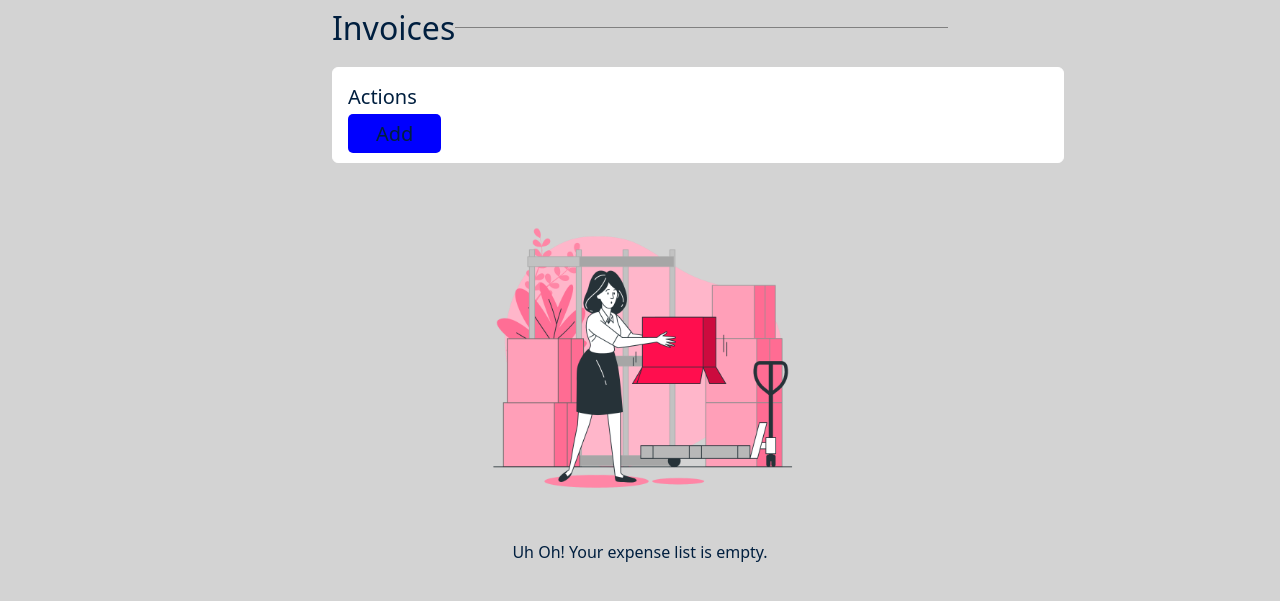
Repository: om1ars/task3
Page: /
An editor plug-in stored every save of this project. The page is shown before and after the next save, followed by the edit.
The browser window is 1280 px wide. The pictures show the whole page.
Some web libraries are served in a nearby version. The project was rebuilt for these pictures with package versions that can differ from the ones it lists, and the page was loaded fresh each time. Also part of the build but not shown: src/components/footer/footer.css, src/components/footer/index.js, src/constants/add-expense.js, src/components/add-form/add-form.css, src/components/add-form/success-modal.css, src/components/add-form/success-modal.js, src/components/add-form/index.js, src/pages/add-expense/add-expense.css and 3 more.

Above is the page before, as saved 2021-12-18 15:21:56.

After the next save:
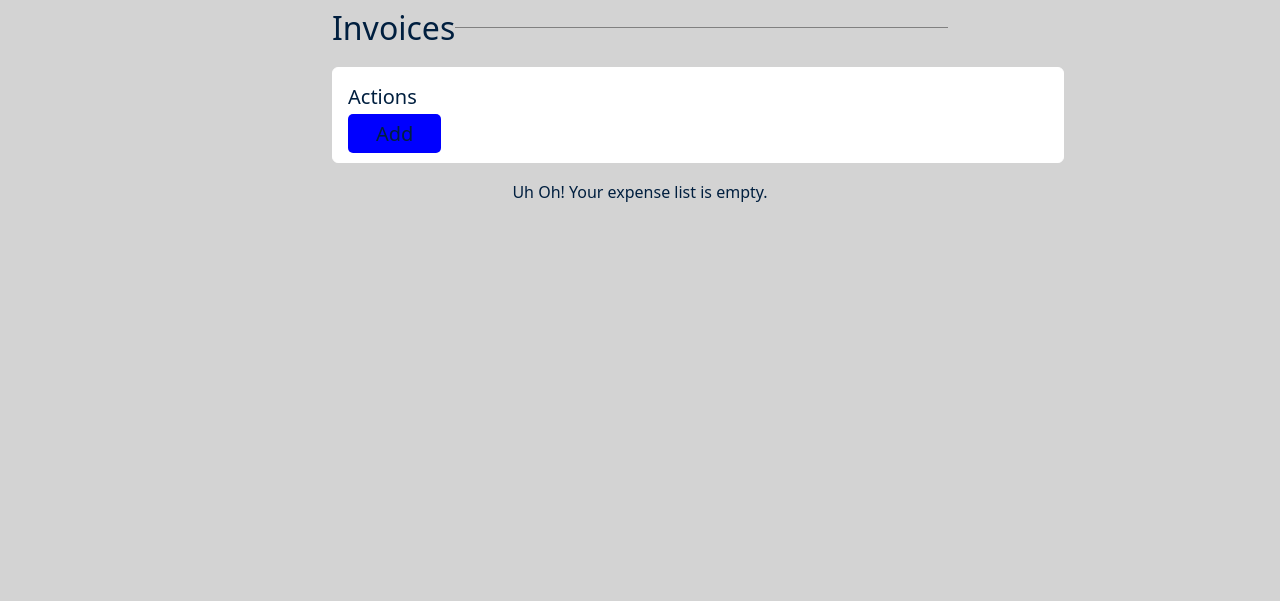
Saved 28 s later.
--- a/src/components/expense-list/index.js
+++ b/src/components/expense-list/index.js
@@ -23,11 +23,7 @@ const ExpenseList = () => {
         ))
       ) : (
         <div className="empty-state">
-          <img
-            src={require("../../assets/images/empty.png").default}
-            alt="No Expenses"
-            className="empty-image"
-          />
+
           <label>Uh Oh! Your expense list is empty.</label>
         </div>
       )}
